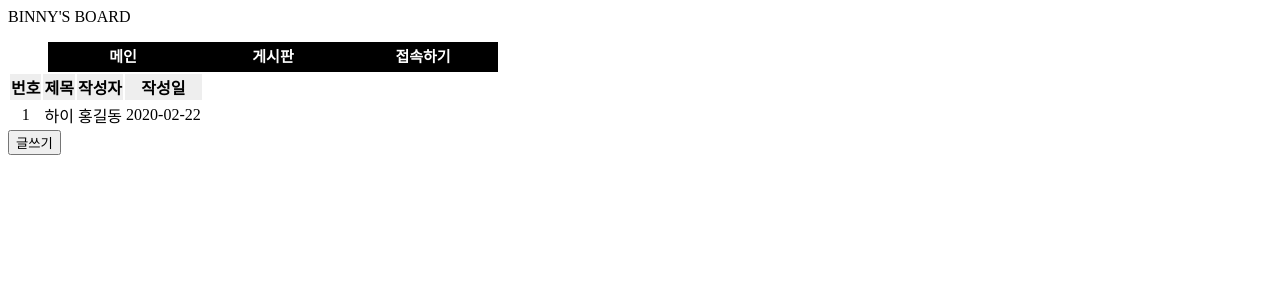
Repository: myunbongs/JSP_study
Page: http://localhost/BBS/view.jsp
The author's editor kept a copy of each file at every save. The page is drawn from the files as they stood at one save, then again after the next save.
The browser window is 1280 px wide. The pictures show the whole page.
The page is served by Tomcat 9.

Above is the page before, as saved 2021-02-22 04:36:11.

After the next save:
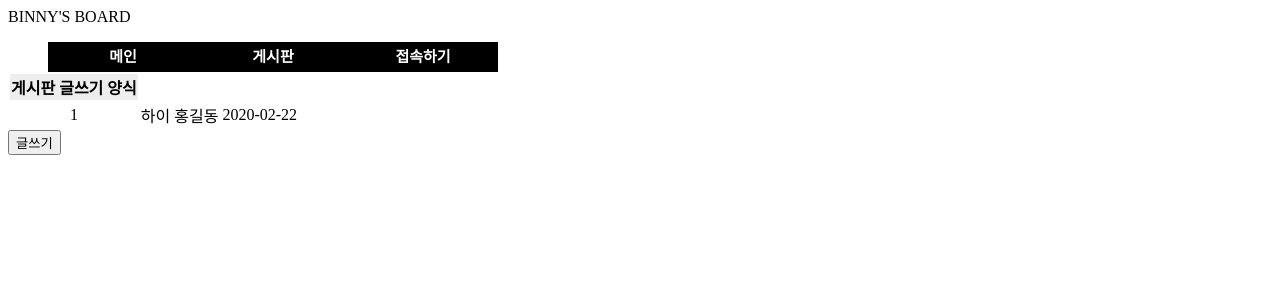
Saved 7 min 11 s later.
--- a/JSP/projects/BBS/WebContent/view.jsp
+++ b/JSP/projects/BBS/WebContent/view.jsp
@@ -99,10 +99,7 @@ BINNY'S BOARD
 			<table style="text-align: center; border: 1px slid #dddddd">
 				<thead>
 					<tr>
-						<th style="background-color: #eeeeee; text-align: center;">번호</th>
-						<th style="background-color: #eeeeee; text-align: center;">제목</th>
-						<th style="background-color: #eeeeee; text-align: center;">작성자</th>
-						<th style="background-color: #eeeeee; text-align: center;">작성일</th>
+						<th style="background-color: #eeeeee; text-align: center;">게시판 글쓰기 양식</th>
 					</tr>
 				</thead>
 				<tbody>
